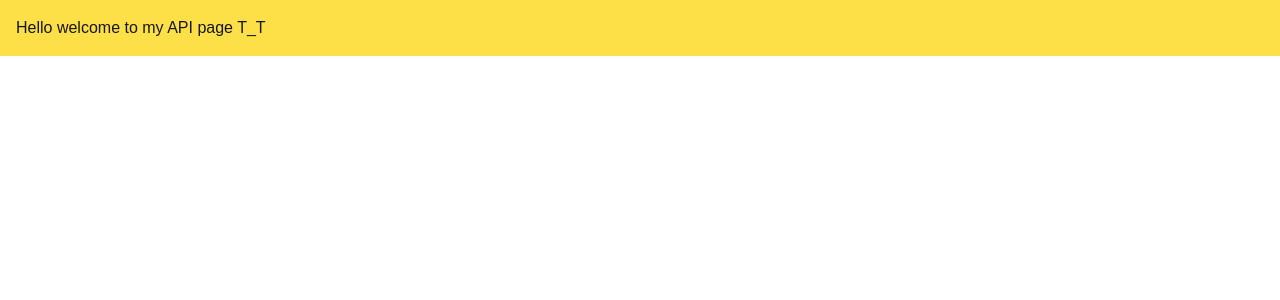
Repository: MelissaJacobi/mdia-3126
Page: /api (app in webapp-lab06/)
These files come from the project's save history. The page is drawn as it stood at one moment and after the next save; the edit follows.
The browser window is 1280 px wide. The pictures show the whole page.
The project was rebuilt for these pictures with package versions that can differ from the ones it lists, and the page was loaded fresh each time. The framework's server and built-in components were replaced by stand-ins that run in the browser. Also part of the build but not shown: webapp-lab06/next.config.mjs.

Above is the page before, as saved 2024-10-08 14:38:24.

After the next save:
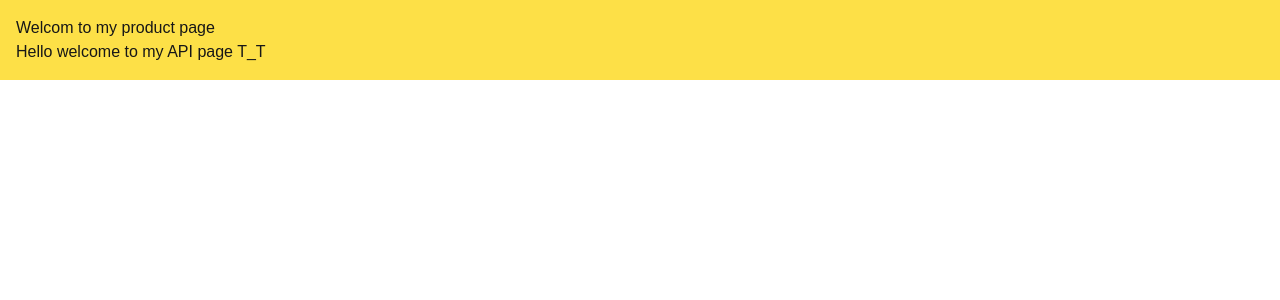
Saved 57 s later.
--- a/webapp-lab06/src/app/api/page.js
+++ b/webapp-lab06/src/app/api/page.js
@@ -6,6 +6,9 @@ const DATA_URL = "https://mdn.github.io/learning-area/javascript/apis/fetching-d
 export default function Page() {
     return(
         <div className="p-4 bg-yellow-300">
+            <header>
+                <h1>Welcom to my product page</h1>
+            </header>
             Hello welcome to my API page T_T
         </div>
     );
